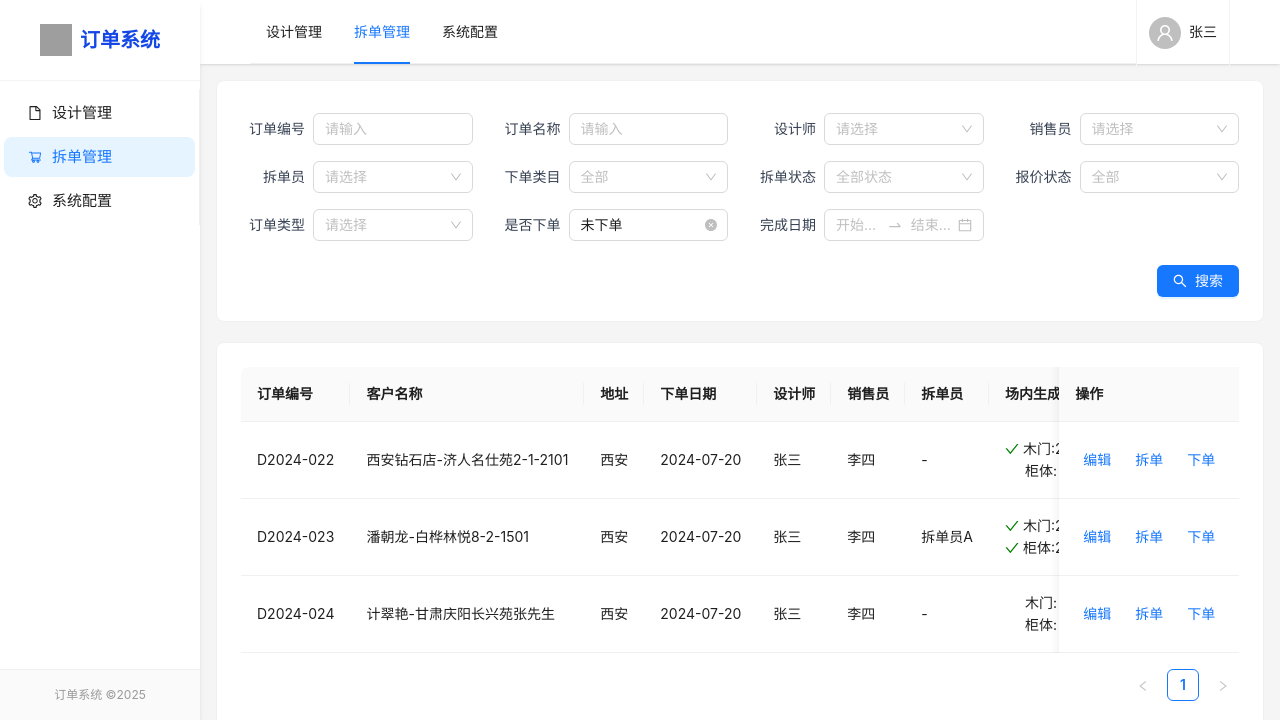
Repository: Garyxiwang/order_system
Page: /split (app in front/)
An editor plug-in stored every save of this project. The page is shown before and after the next save, followed by the edit.
The browser window is 1280 px wide. The pictures show the whole page.
Pictures or frames that could not be fetched are drawn as grey boxes. The project was rebuilt for these pictures with package versions that can differ from the ones it lists, and the page was loaded fresh each time. The framework's server and built-in components were replaced by stand-ins that run in the browser. Also part of the build but not shown: front/next.config.js, front/next.config.ts, front/src/app/split/editOrderModal.tsx, front/src/app/split/SplitOrderModal.tsx.

Above is the page before, as saved 2025-08-07 15:41:57.

After the next save:
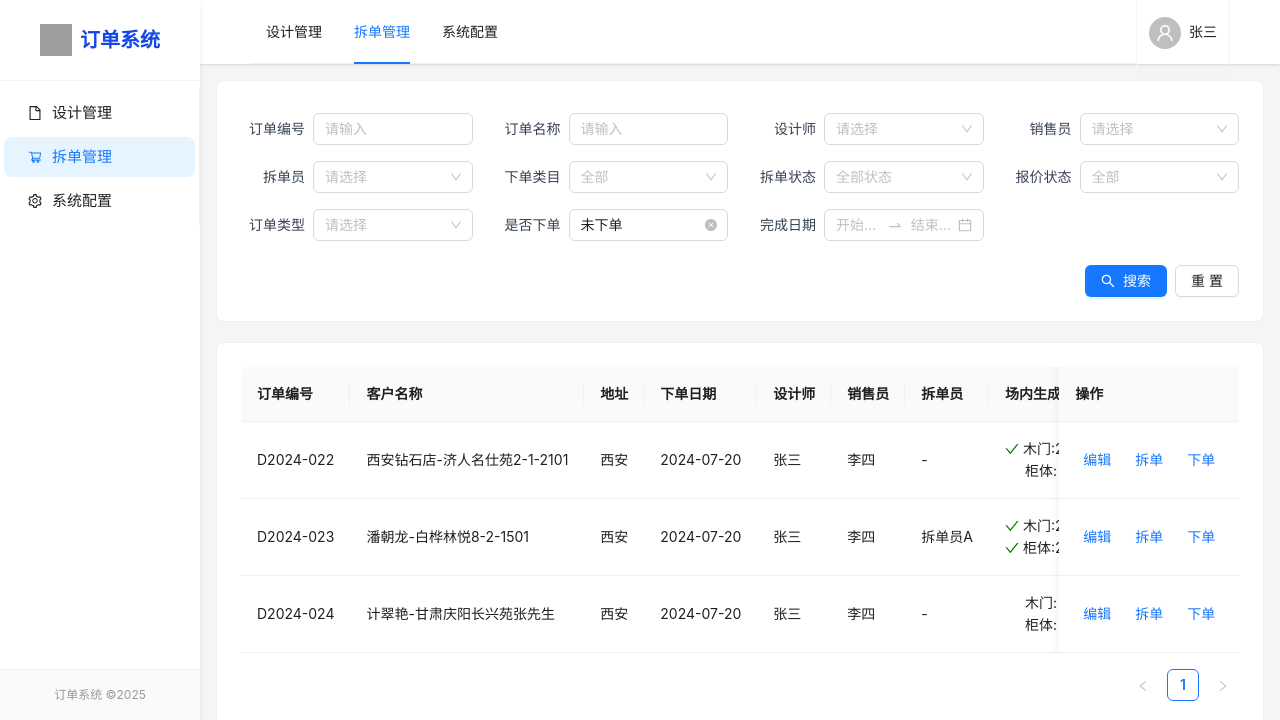
Saved 31 s later.
--- a/front/src/app/split/page.tsx
+++ b/front/src/app/split/page.tsx
@@ -511,6 +511,12 @@ const DesignPage: React.FC = () => {
               >
                 搜索
               </Button>
+              <Button
+                size="middle"
+                className="border-gray-300 hover:border-blue-500"
+              >
+                重置
+              </Button>
             </Space>
           </Col>
         </Row>
